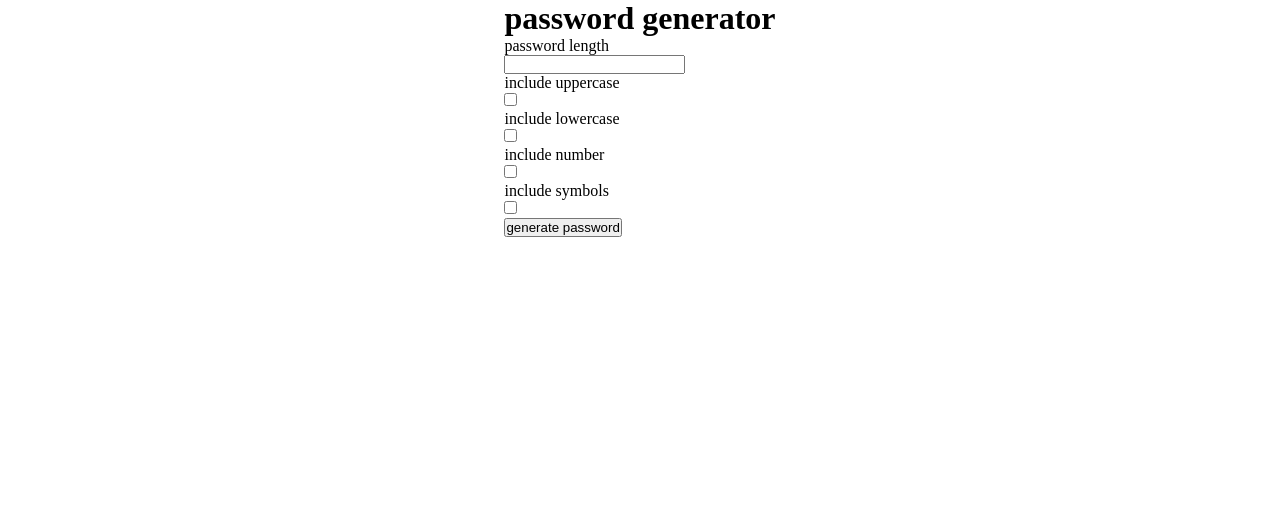
Repository: Eugene44-hub/password-generator
Page: index.html
An editor plug-in stored every save of this project. The page is shown before and after a run of saves, followed by the edit.
The browser window is 1280 px wide. The pictures show the whole page.

Above is the page before, as saved 2021-09-23 10:21:47.

After the next 2 saves:
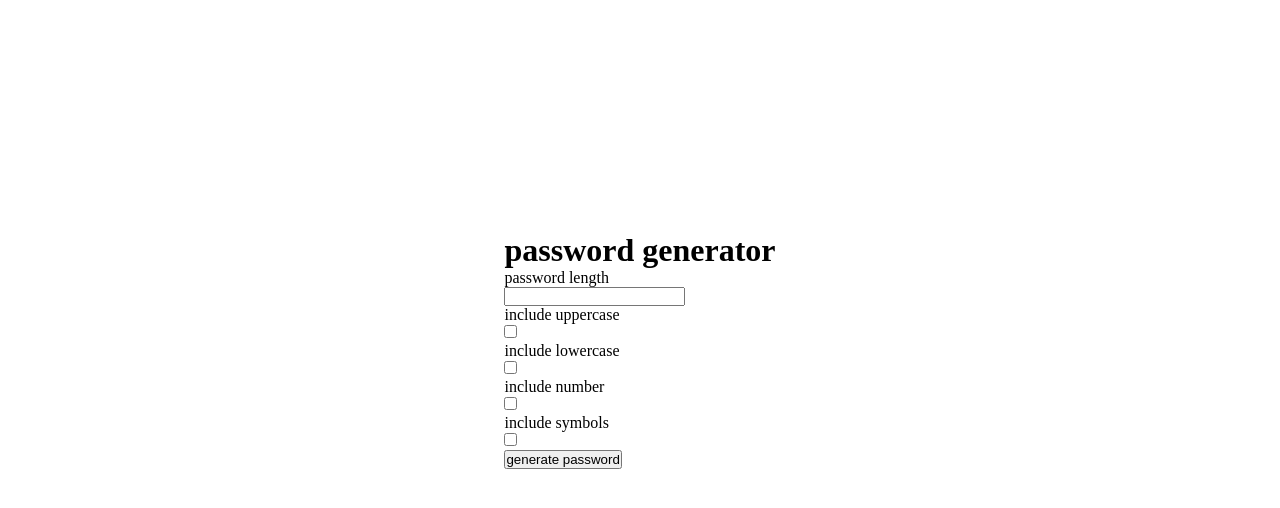
The 2 saves are shown as one change because they came seconds apart.
The last was saved 11 s later.
--- a/style.css
+++ b/style.css
@@ -6,6 +6,7 @@
 
 body {
     display: flex;
+    height: 700px;
 }
 
 .passwordGenerator {
